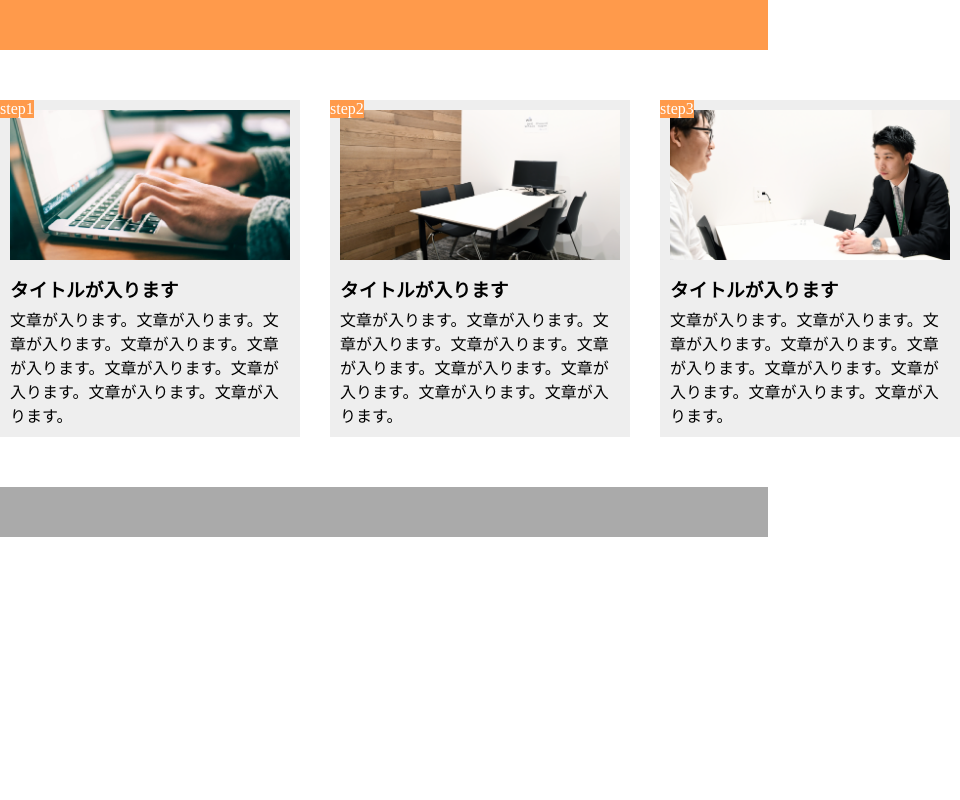
Repository: cacaobucks/git-practice
Page: answer/answer.html
The author's editor kept a record of every edit. The page is drawn from the files as they stood at one moment, then again after the next edit.
The browser window is 768 px wide. The page is 960 px wide, then 768 px, so the pictures cover 960 px, including what lies to the right of the window. The pictures show the whole page.

Above is the page before.

### answer/answer.html
<!DOCTYPE html>
<html lang="ja">
  <head>
    <meta charset="UTF-8" />
    <meta name="viewport" content="width=device-width,initial-scale=1.0">
    <title>9章演習</title>
    <link rel="stylesheet" href="answer.css" />
  </head>
  <body>
    <header></header>
    <main>
      <div class="step-box">
        <div class="step-img1"></div>
        <span class="step-num">step1</span>
        <h3 class="title">タイトルが入ります</h3>
        <p class="text">
          文章が入ります。文章が入ります。文章が入ります。文章が入ります。文章が入ります。文章が入ります。文章が入ります。文章が入ります。文章が入ります。
        </p>
      </div>

      <div class="step-box">
        <div class="step-img2"></div>
        <span class="step-num">step2</span>
        <h3 class="title">タイトルが入ります</h3>
        <p class="text">
          文章が入ります。文章が入ります。文章が入ります。文章が入ります。文章が入ります。文章が入ります。文章が入ります。文章が入ります。文章が入ります。
        </p>
      </div>

      <div class="step-box">
        <div class="step-img3"></div>
        <span class="step-num">step3</span>
        <h3 class="title">タイトルが入ります</h3>
        <p class="text">
          文章が入ります。文章が入ります。文章が入ります。文章が入ります。文章が入ります。文章が入ります。文章が入ります。文章が入ります。文章が入ります。
        </p>
      </div>
    </main>
    <footer></footer>
  </body>
</html>

### answer/answer.css
* {
  box-sizing: border-box;
  margin: 0;
  padding: 0;
}

header {
  height: 50px;
  background-color: #ff9a4b;
}

main {
  width: 960px;
  margin: 50px auto;
  display: flex;
}

.step-box {
  width: 300px;
  margin-right: 30px;
  padding: 10px;
  position: relative;
  background-color: #eee;
}

.step-box:last-child {
  margin-right: 0;
}

.step-img1 {
  height: 150px;
  background-image: url(img/flow01.png);
  background-position: bottom;
  background-size: cover;
}

.step-img2 {
  height: 150px;
  background-image: url(img/flow02.png);
  background-position: bottom;
  background-size: cover;
}

.step-img3 {
  height: 150px;
  background-image: url(img/flow03.png);
  background-position: bottom;
  background-size: cover;
}

.step-num {
  position: absolute;
  top: 0;
  left: 0;
  background-color: #ff9a4b;
  color: #fff;
}

.title {
  margin: 15px 0 5px;
}

footer {
  height: 50px;
  background-color: #aaa;
}

/* タブレット縦置きサイズ（768px）以下の際に適用される設定 */
@media screen and (max-width:768px) {

}

After the next edit:
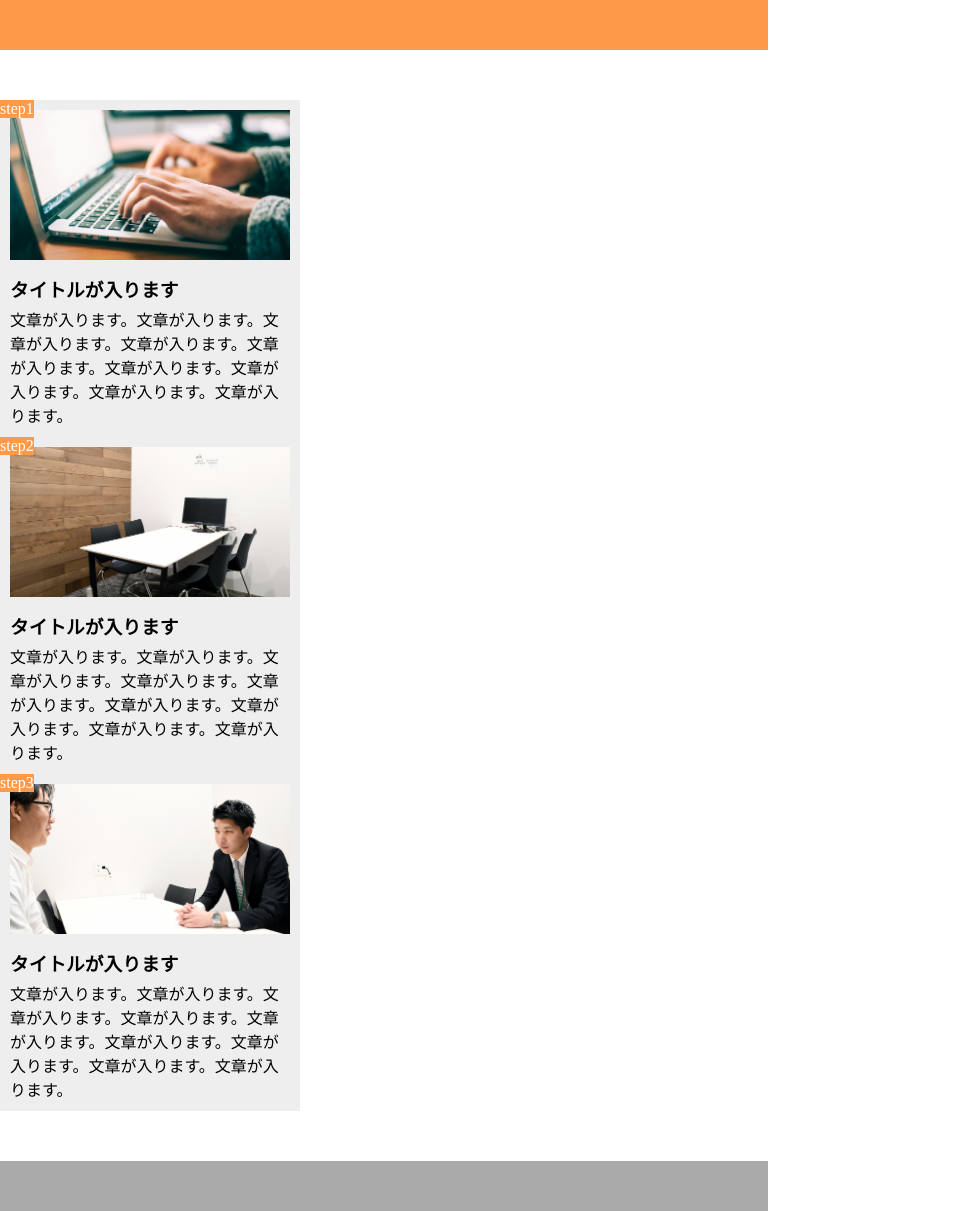
The edit:
--- a/answer/answer.css
+++ b/answer/answer.css
@@ -68,4 +68,11 @@
 /* タブレット縦置きサイズ（768px）以下の際に適用される設定 */
 @media screen and (max-width:768px) {
 
+main {width: 100%;display: block;}
+
+
+
+
+
+
 }
